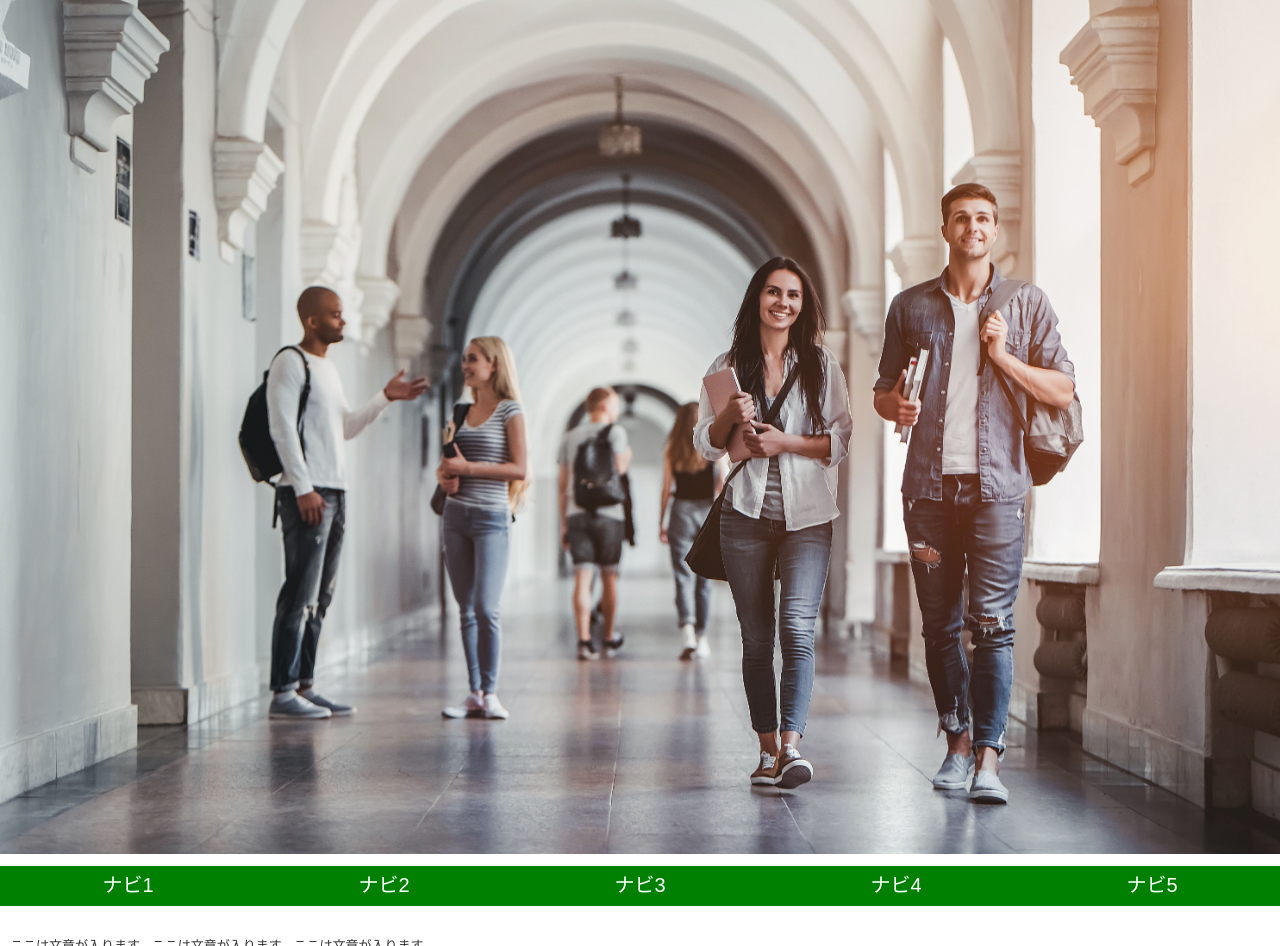
Repository: chiebell/samurai_HTML-CSS
Page: index.html
The author's editor kept a record of every edit. The page is drawn from the files as they stood at one moment, then again after the next edit.
The browser window is 1280 px wide. The pictures show the part of the page from y = 0 to 946 px (the page is 2385 px tall before and 1632 px after).
Pictures or frames that could not be fetched are drawn as grey boxes.

Above is the page before.

### index.html
<!DOCTYPE html>
<html lang="ja">
    <head>
        <meta charset="UTF-8">
        <title>HTML/CSSの学習</title>
        <link rel="stylesheet" href="stylesheet.css">
    </head>
    <body>
        <div id="header">
            <h1><a href="index.html"><img id="corridor" src="images/corridor.jpg" alt="大学の廊下" /></a></h1>
        </div>
        <div id="wrapper">
            <div id="nav">
                <ul>
                    <li><a href="home.html">ナビ1</a></li>
                    <li><a href="#">ナビ2</a></li>
                    <li><a href="#">ナビ3</a></li>
                    <li><a href="#">ナビ4</a></li>
                    <li><a href="#">ナビ5</a></li>
                </ul>
            </div>
            <div id="container">
                <div id="main">
                    <div class="post">
                        <p>ここは文章が入ります。ここは文章が入ります。ここは文章が入ります。<br />今は、適当な文章を入れてあります。これをダミーテキストといいます。</p>
                    </div>
                    <div class="post clearfix">
                        <h2>小見出し1</h2>
                        <img class="left" src="images/classroom.jpg" alt="授業風景" />
                        <p>
                            コンテンツ1の本文になります。コンテンツ1の本文になります。コンテンツ1の本文になります。コンテンツ1の本文になります。
                            コンテンツ1の本文になります。コンテンツ1の本文になります。コンテンツ1の本文になります。コンテンツ1の本文になります。
                        </p>
                        <p><a href="#">→コンテンツ1のページへ</a></p>
                    </div>
                    <div class="post clearfix">
                        <h2>小見出し2</h2>
                        <img class="right" src="images/scale.jpg" alt="天秤" />
                        <p>
                            コンテンツ2の本文になります。コンテンツ2の本文になります。コンテンツ2の本文になります。コンテンツ2の本文になります。
                            コンテンツ2の本文になります。コンテンツ2の本文になります。コンテンツ2の本文になります。コンテンツ2の本文になります。
                        </p>
                    </div>
                </div>
                <div id="side">
                    <div class="box">
                        <h2>サイドメニュー1</h2>
                        <div class="boxBody">
                            <ul>
                               <li>項目1</li>
                               <li>項目2</li>
                               <li>項目3</li>
                               <li>項目4</li>
                            </ul>
                        </div>
                    </div>
                    <div class="box">
                        <h2>サイドメニュー2</h2>
                        <div class="boxBody">
                            <ul>
                               <li>項目1</li>
                               <li>項目2</li>
                               <li>項目3</li>
                               <li>項目4</li>
                            </ul>
                        </div>
                    </div>
                </div>
            </div>
        </div>
        <div id="footer">
            <p>&copy; 20xx ○○ All Rights Reserved.</p>
        </div>
    </body>
</html>

### stylesheet.css
@charset "utf-8";

body {
	margin: 0;
	padding: 0;
	font-family: "ヒラギノ角ゴ Pro W3", "Hiragino Kaku Gothic Pro", "メイリオ", Meiryo, Osaka, "ＭＳ Ｐゴシック", "MS PGothic", sans-serif;
	color: #333;
	font-size: 13px;
	line-height: 150%;
}

/* -------------------- wrapper -------------------- */
#wrapper {
	width: 100%;
	margin: auto;
	padding: 0px;
	border: 0px;
	background-color: #FFF;
	top: 10px;
	position: relative;
}

/* -------------------- header -------------------- */
#header {
	width: 100%;
}
#header h1 {
	margin: 0;
	padding: 0;
}

#corridor {
	width: 100%;
	height: auto;
}

/* -------------------- footer -------------------- */
#footer {
	clear: both;
	width: 100%;
	padding: 3px 0 3px 0;
	background: #39F;
	color: #FFF;
	font-weight: bold;
	text-align: center;
}

/* -------------------- nav -------------------- */
#nav {
	width: 100%;
}
#nav ul {
    display: flex;
	margin: 0;
	padding: 0;
	list-style-type: none;
}
#nav ul li {
	width: 20%;
	text-align: center;
}
#nav ul li a {
	display: block;
	height: 20px;
	margin: 0;
	padding: 10px;
	color: #FFF;
	font-size: 20px;
	text-decoration: none;
	background-color: green;
}

#nav ul li a:hover {
	filter: drop-shadow(10px 10px 10px black);
}

/* -------------------- container -------------------- */
#container {
	width: 100%;
	margin: auto ;
	padding: auto;
	padding-top: 20px;
	clear: both;
	display: grid;
	grid-template-colums: 70vw 30vw;
}
/* -------------------- main -------------------- */
#main {
	width:95%;
	padding: 10px 30px 10px 10px;
}
#main h2 {
	margin: 0 0 10px 0;
	padding: 3px 10px 3px 10px;
	color: #FFF;
	font-size: 16px;
	border-left: solid 10px #C00;
	background: #F90 url(../images/main_h2.jpg) right top repeat-y;
}
#main p {
	margin: 0;
	padding: 0;
}
#main .post {
	margin: 0 0 30px 0;
}

#main .post img.right {
	margin: 0 0 0 8px;
}
#main .post img.left {
	margin: 0 8px 0 0;
}

.right {
	float: right;
	width: 40%;
	height: auto;
}
.left {
	float: left;
	width: 40%;
	height: auto;
}

/* -------------------- clearfix -------------------- */
.clearfix {
	zoom: 1;
}
.clearfix:after{
	content: "";
	display: block;
	clear: both;
}

/* -------------------- side -------------------- */
#side {
	width:85%;
	padding: 20px;
	background-color: #F99;
}
#side .box {
	margin: 0 auto 30px auto;
	padding: 0 0 20px 0;
	background: url(images/side_box.png) bottom no-repeat;
}
#side .box h2 {
	margin: 0;
	padding: 8px;
	text-align: center;
	color: #fff;
	font-size: 16px;
	line-height: 16px;
	font-weight: normal;
	background: url(images/side_box_h2.png) center no-repeat;
}
#side .box .boxBody {
	padding: 8px;
	border-right: solid 1px #C36;
	border-bottom: solid 1px #C36;
	border-left: solid 1px #C36;
	background: #fff;
}
#side .box .boxBody ul {
	margin: 0 0 16px 0;
	padding: 0;
}
#side .box .boxBody ul li {
	padding: 8px 0 8px 4px;
	list-style: none;
	border-bottom: solid 1px #C36;
}

#side .box .boxBody ul li:hover {
	padding: 8px 0 8px 4px;
	list-style: none;
	border-bottom: solid 1px #C36;
	box-shadow: 0px 4px 4px rgba(0, 0, 0, 0.3);
}

After the next edit:
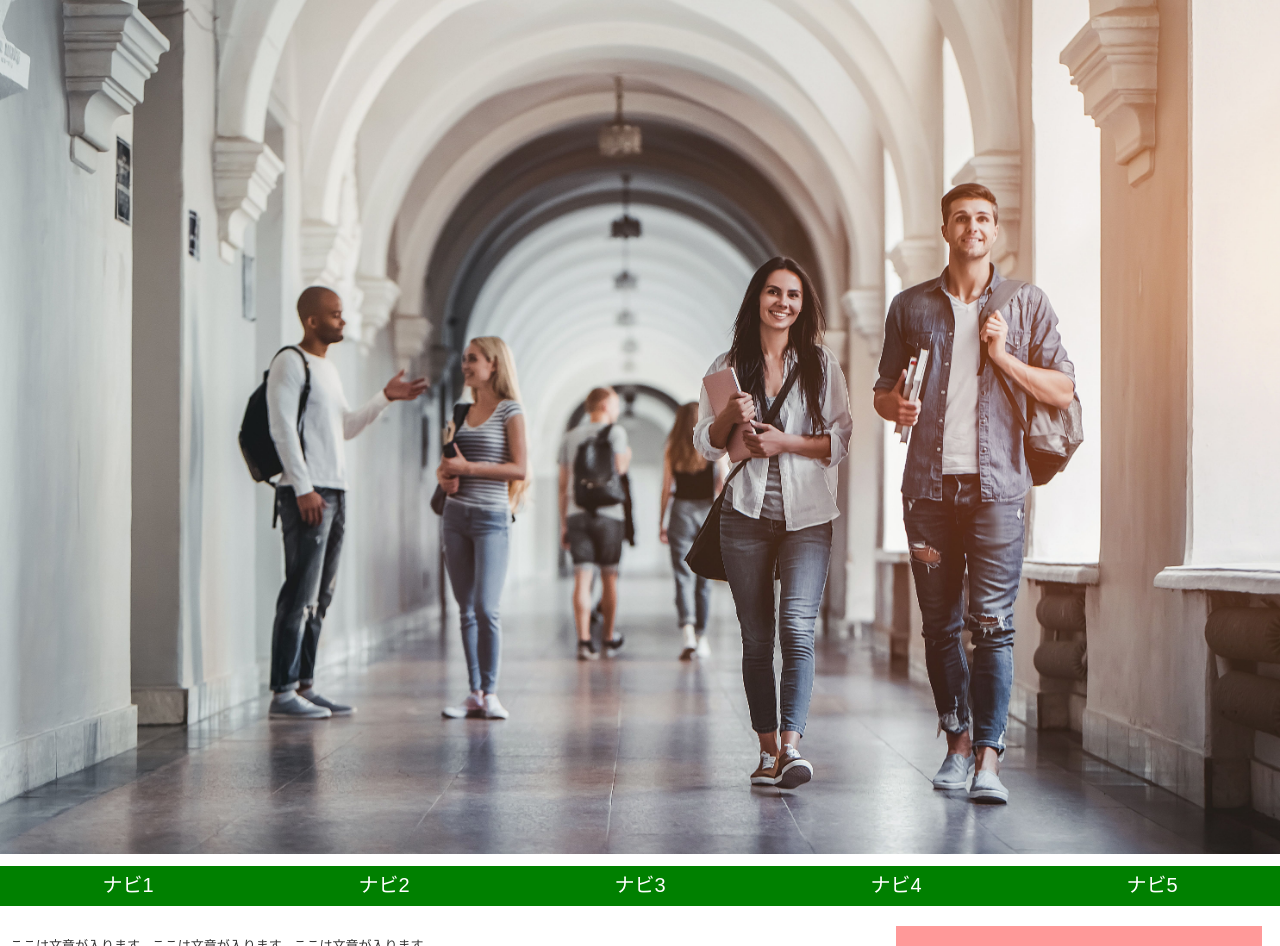
The edit:
--- a/stylesheet.css
+++ b/stylesheet.css
@@ -82,7 +82,7 @@
 	padding-top: 20px;
 	clear: both;
 	display: grid;
-	grid-template-colums: 70vw 30vw;
+	grid-template-columns: 70vw 30vw;
 }
 /* -------------------- main -------------------- */
 #main {
